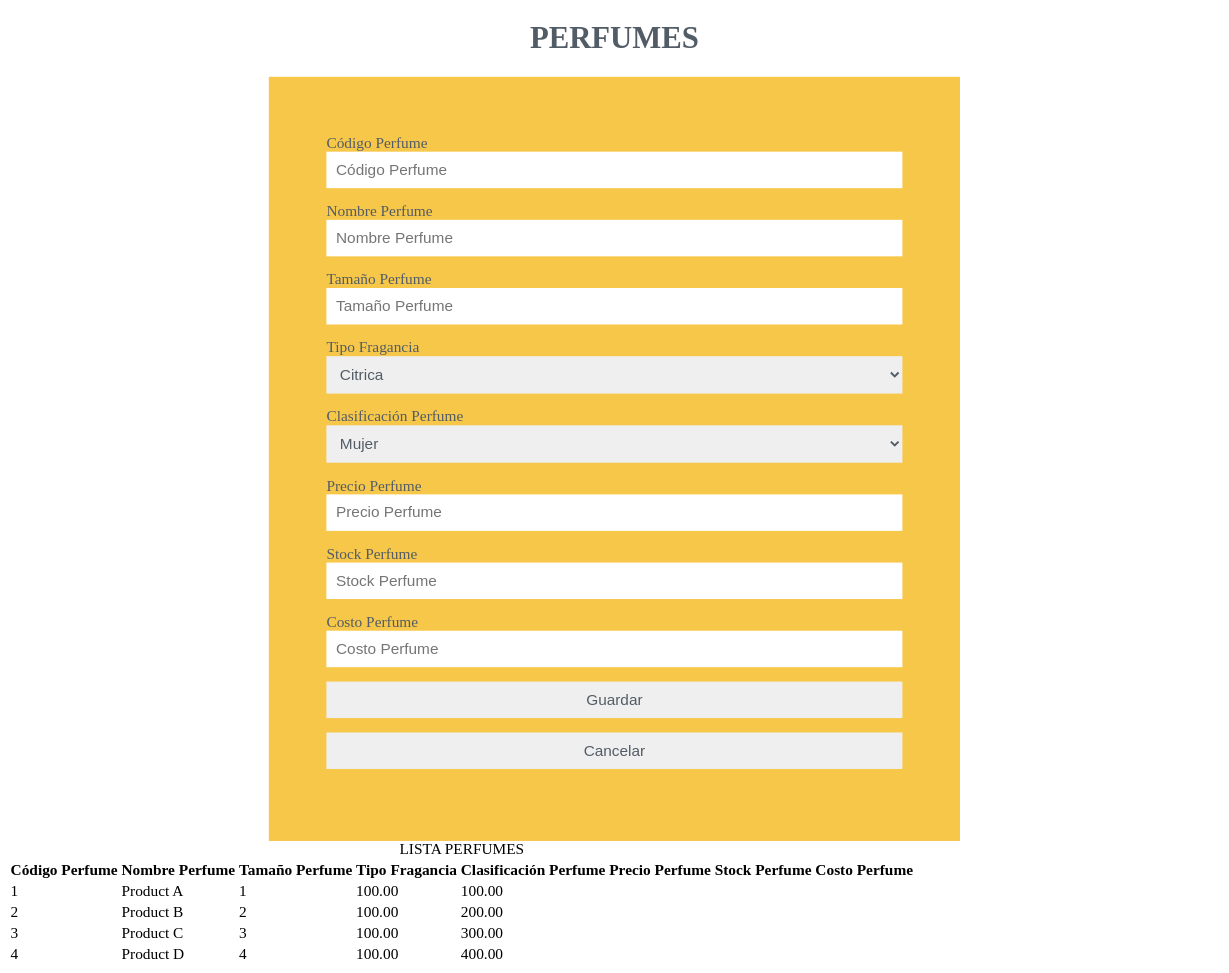
Repository: alejamorenovallejo/arosmile
Page: perfume.html
The author's editor kept a copy of each file at every save. The page is drawn from the files as they stood at one save, then again after the next save.
The browser window is 1280 px wide. The pictures show the whole page, at 96% of full size.

Above is the page before, as saved 2021-09-12 02:49:30.
Not found: main.js

After the next save:
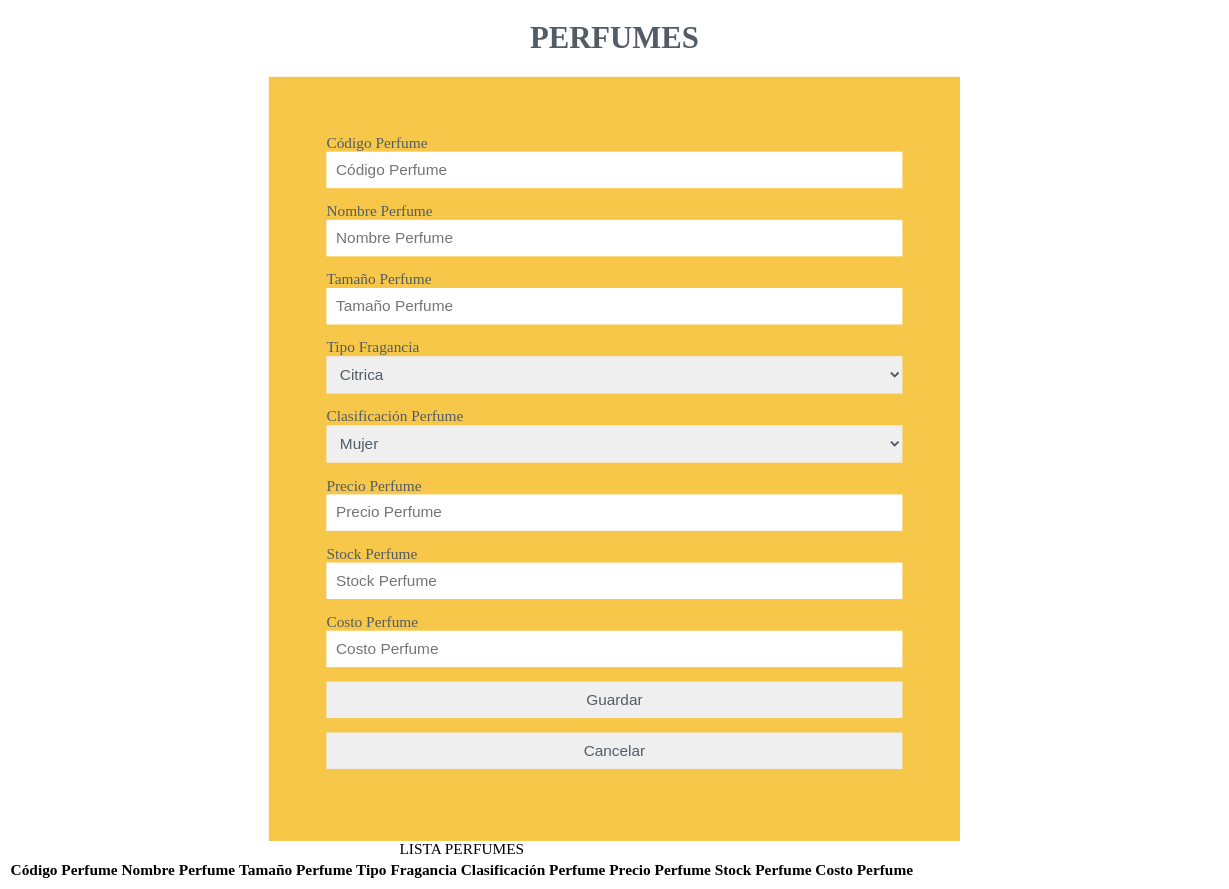
Saved 12 s later.
--- a/perfume.html
+++ b/perfume.html
@@ -122,34 +122,7 @@
                 </tr>
             </thead>
             <tbody>
-                <tr>
-                    <td>1</td>
-                    <td>Product A</td>
-                    <td data-type="number">1</td>
-                    <td data-type="number">100.00</td>
-                    <td data-type="number">100.00</td>
-                </tr>
-                <tr>
-                    <td>2</td>
-                    <td>Product B</td>
-                    <td data-type="number">2</td>
-                    <td data-type="number">100.00</td>
-                    <td data-type="number">200.00</td>
-                </tr>
-                <tr>
-                    <td>3</td>
-                    <td>Product C</td>
-                    <td data-type="number">3</td>
-                    <td data-type="number">100.00</td>
-                    <td data-type="number">300.00</td>
-                </tr>
-                <tr>
-                    <td>4</td>
-                    <td>Product D</td>
-                    <td data-type="number">4</td>
-                    <td data-type="number">100.00</td>
-                    <td data-type="number">400.00</td>
-                </tr>
+
             </tbody>
 
         </table>
